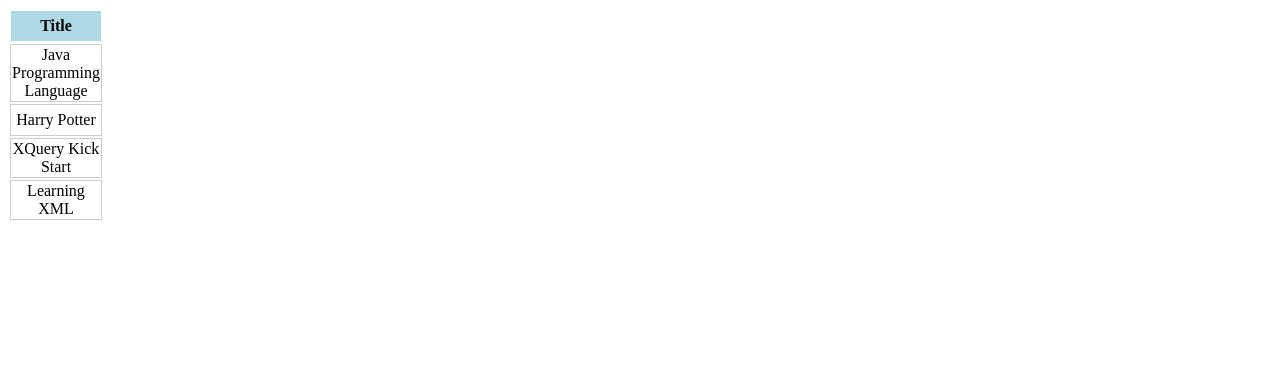
Repository: aaikinsm/FDM-Programs
Page: HTMLExample/WebContent/XMLbooks.html
These files come from the project's save history. The page is drawn as it stood at one moment and after the next save; the edit follows.
The browser window is 1280 px wide. The pictures show the whole page.

Above is the page before, as saved 2017-05-18 14:51:17.

After the next save:
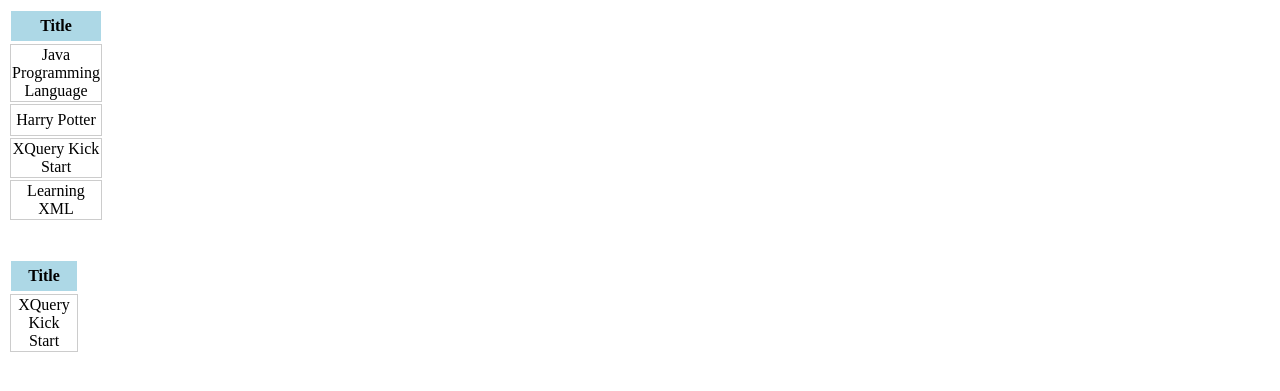
Saved 2 min 22 s later.
--- a/HTMLExample/WebContent/XMLbooks.html
+++ b/HTMLExample/WebContent/XMLbooks.html
@@ -60,28 +60,28 @@
 			document.write('</table>');
 
 
-// 			var x = xmlDoc.getElementsByTagName("book");
+			var x = xmlDoc.getElementsByTagName("book");
 
-// 			var i = 0;
-// 			document.write("<br/><br/><table>");
-// 			document.write("<thead><tr>");
-// 			document.write("<th>Title</th>");
-// 			document.write("</tr></thead>");
+			var i = 0;
+			document.write("<br/><br/><table>");
+			document.write("<thead><tr>");
+			document.write("<th>Title</th>");
+			document.write("</tr></thead>");
 
-// 			while(x[i])
-// 			{
-// 				if (x[i].getElementsByTagName("year")[0].childNodes[0].nodeValue == '2003'){
-// 					document.write('<tr>');
-// 					document.write('<td>');
-// 					document.write(x[i].getElementsByTagName("title")[0].childNodes[0].nodeValue);
-// 					document.write('</td>');
-// 					document.write('</tr>');
-// 				}
+			while(x[i])
+			{
+				if (x[i].getElementsByTagName("year")[0].childNodes[0].nodeValue == '2003'){
+					document.write('<tr>');
+					document.write('<td>');
+					document.write(x[i].getElementsByTagName("title")[0].childNodes[0].nodeValue);
+					document.write('</td>');
+					document.write('</tr>');
+				}
 
-// 				i++;
-// 			}
+				i++;
+			}
 
-// 			document.write('</table>');
+			document.write('</table>');
 
 // 			document.write("<br/><br/><table>");
 // 			document.write("<thead><tr>");
